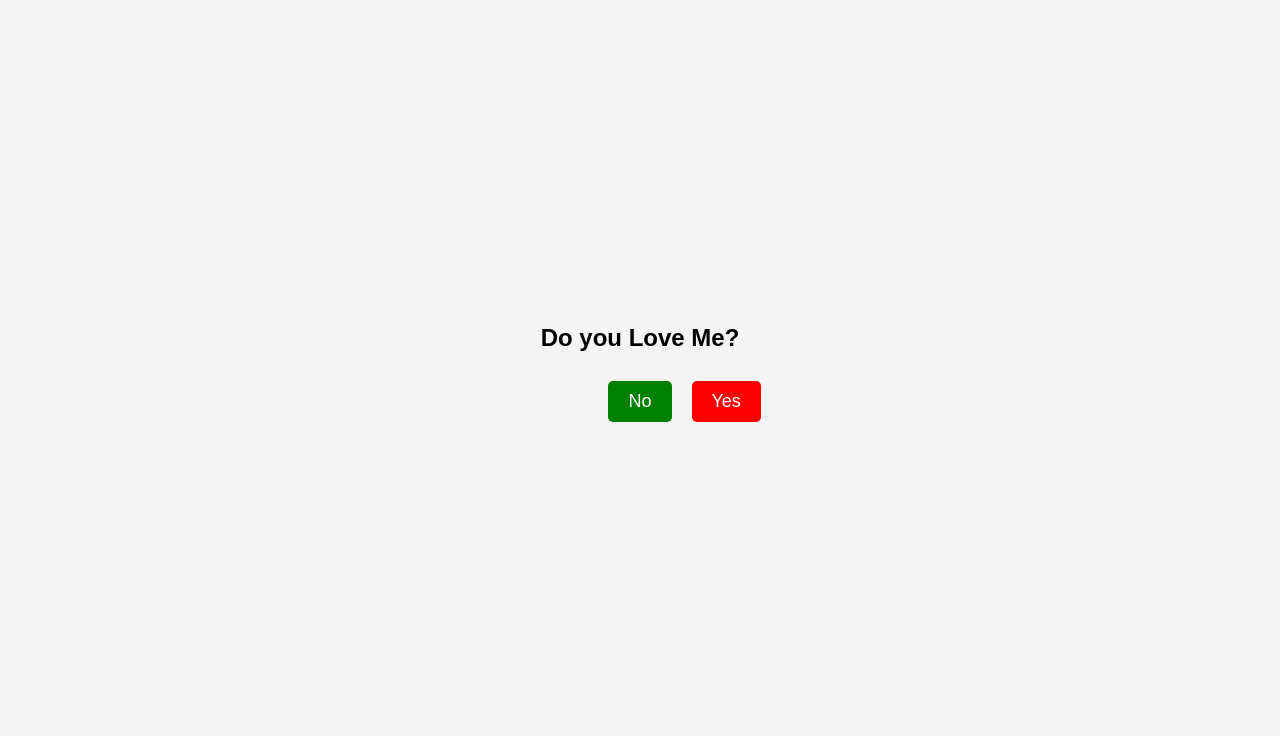
Repository: JishuChouhan/MyCode
Page: yes.html
An editor plug-in stored every save of this project. The page is shown before and after the next save, followed by the edit.
The browser window is 1280 px wide. The pictures show the whole page.

Above is the page before, as saved 2025-02-17 17:41:58.

### yes.html
<!DOCTYPE html>
<html lang="en">
<head>
    <meta charset="UTF-8">
    <meta name="viewport" content="width=device-width, initial-scale=1.0">
    <title>Yes or No</title>
    <style>
        body {
            display: flex;
            justify-content: center;
            align-items: center;
            height: 100vh;
            flex-direction: column;
            background-color: #f4f4f4;
            font-family: Arial, sans-serif;
        }
        .btn-container {
            position: relative;
            width: 300px;
            text-align: center;
        }
        .btn {
            padding: 10px 20px;
            font-size: 18px;
            border: none;
            cursor: pointer;
            border-radius: 5px;
            margin: 10px;
            transition: 0.3s ease;
        }
        #yesBtn {
            background-color: green;
            color: white;
        }
        #noBtn {
            background-color: red;
            color: white;
            position: absolute;
        }
    </style>
</head>
<body>

    <h2>Do you Love Me?</h2>
    <div class="btn-container">
        <button id="yesBtn" class="btn" onclick="redirect()">No</button>
        <button id="noBtn" class="btn" onmouseover="moveButton()">Yes</button>
    </div>

    <script>
        function moveButton() {
            let btn = document.getElementById("noBtn");
            let x = Math.random() * 200 - 100; // Random movement
            let y = Math.random() * 200 - 100;
            btn.style.transform = `translate(${x}px, ${y}px)`;
        }

        function redirect() {
            window.location.href = "index.html"; // Change to your target page
        }
    </script>

</body>
</html>

After the next save:
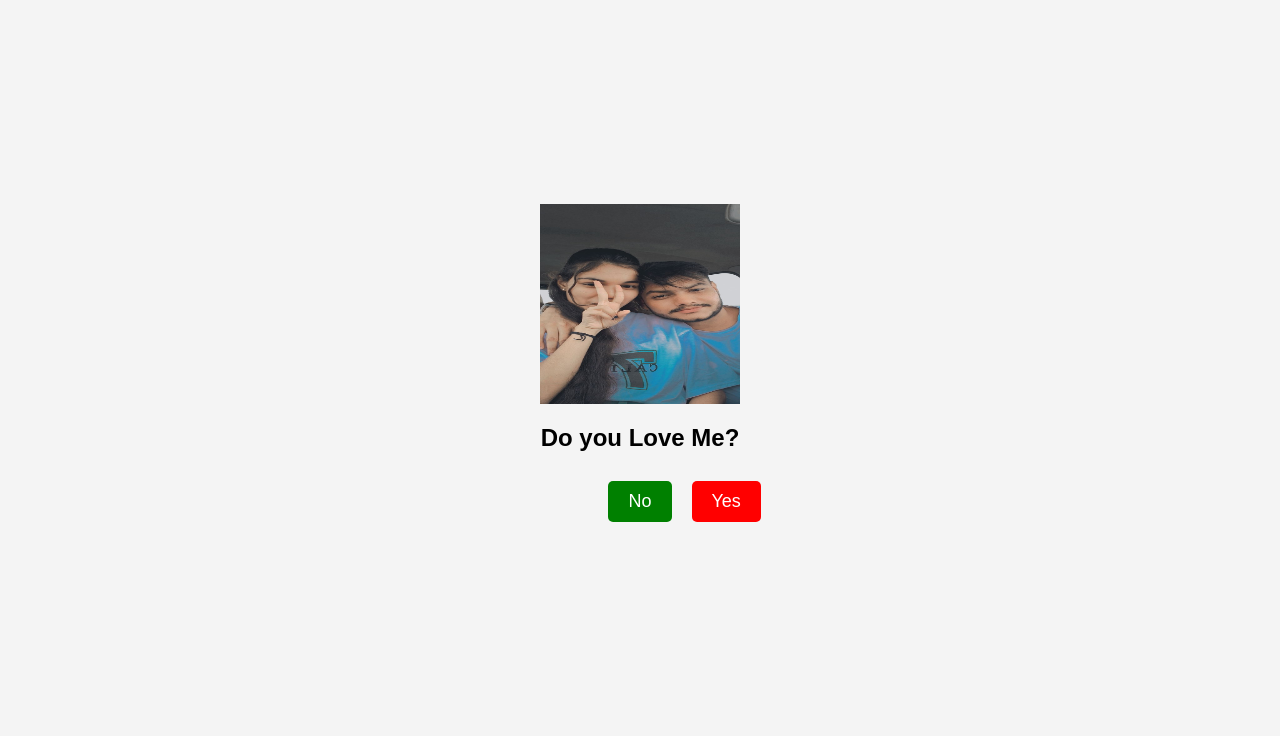
Saved 62 s later.
--- a/yes.html
+++ b/yes.html
@@ -41,6 +41,7 @@
 </head>
 <body>
 
+    <img src="img/Snapchat-735368105.jpg" height="200px" width="200px" alt="">
     <h2>Do you Love Me?</h2>
     <div class="btn-container">
         <button id="yesBtn" class="btn" onclick="redirect()">No</button>
